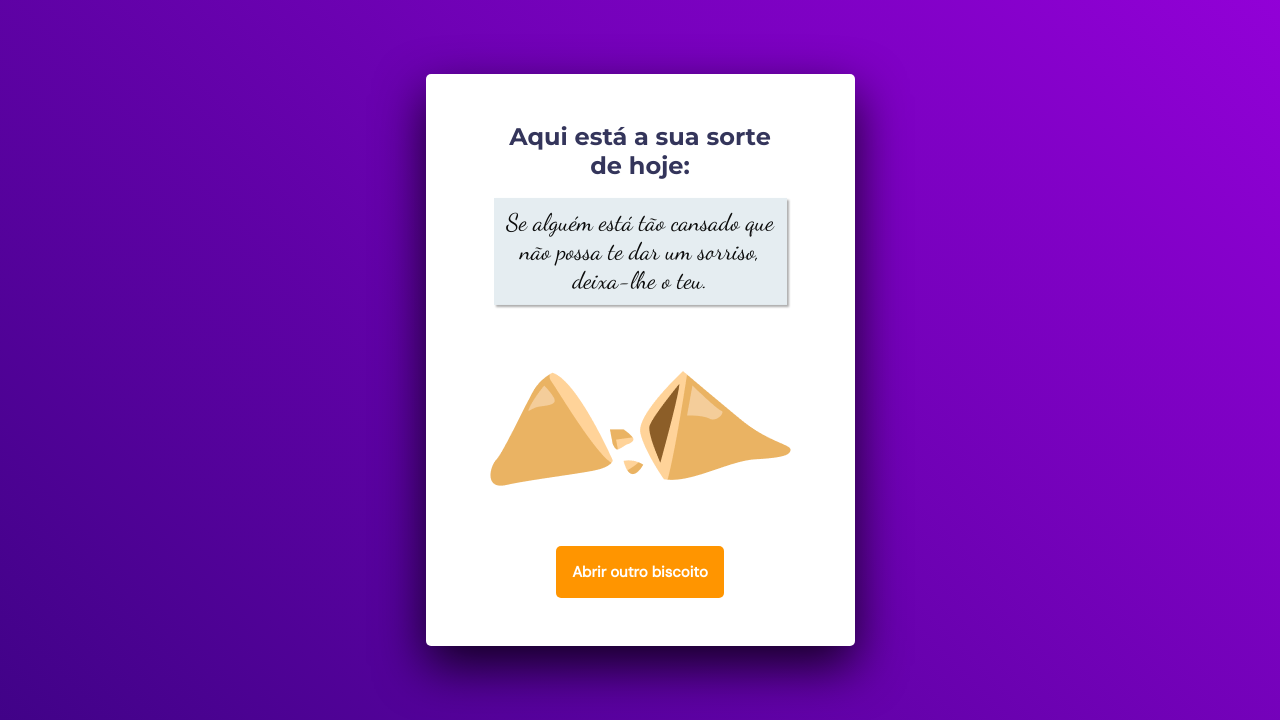
Repository: caueenrico/cookieCoach
Page: index.html
The author's editor kept a copy of each file at every save. The page is drawn from the files as they stood at one save, then again after a run of saves.
The browser window is 1280 px wide. The pictures show the whole page.
After loading, the first visible `img` was clicked once.

Above is the page before, as saved 2023-06-27 18:40:58.

After the next 2 saves:
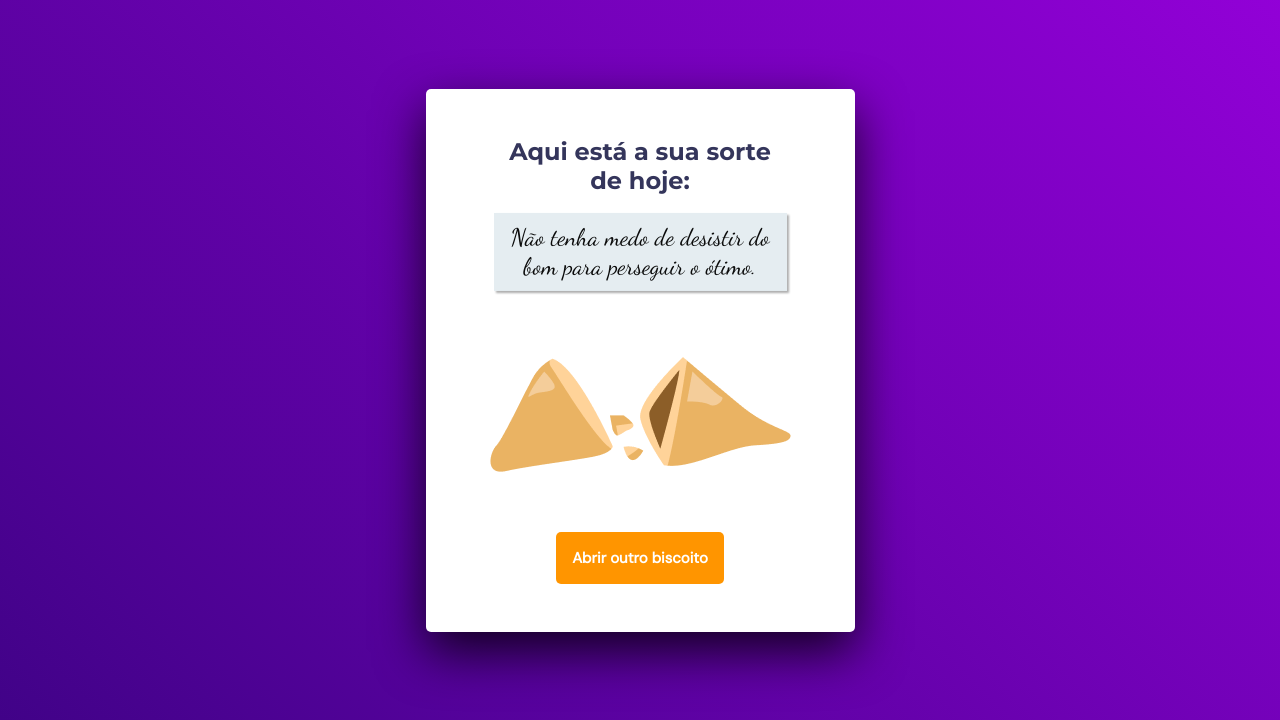
The 2 saves are shown as one change because they came seconds apart.
The last was saved 23 s later.
--- a/script.js
+++ b/script.js
@@ -59,7 +59,7 @@
   const fraseMotivacional = frasesMotivacionais[Math.round(Math.random() * frasesMotivacionais.length)]
 
   const fraseEmTela = document.getElementsByTagName('span')
-  fraseEmTela.innerHTML = fraseMotivacional
+  fraseEmTela[0].innerHTML = fraseMotivacional
 
   console.log(fraseEmTela)
 }

After the save that followed:
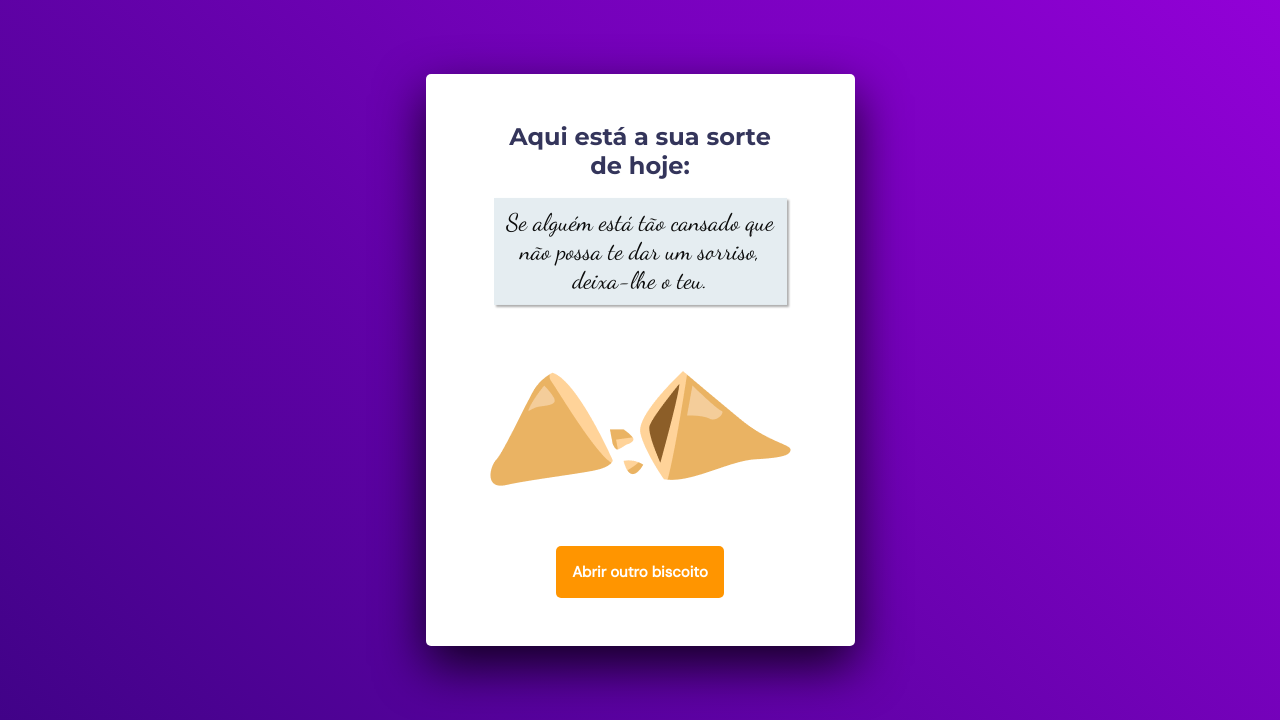
Saved 52 s later.
--- a/script.js
+++ b/script.js
@@ -59,7 +59,7 @@
   const fraseMotivacional = frasesMotivacionais[Math.round(Math.random() * frasesMotivacionais.length)]
 
   const fraseEmTela = document.getElementsByTagName('span')
-  fraseEmTela[0].innerHTML = fraseMotivacional
+  fraseEmTela.innerHTML = fraseMotivacional
 
   console.log(fraseEmTela)
 }
